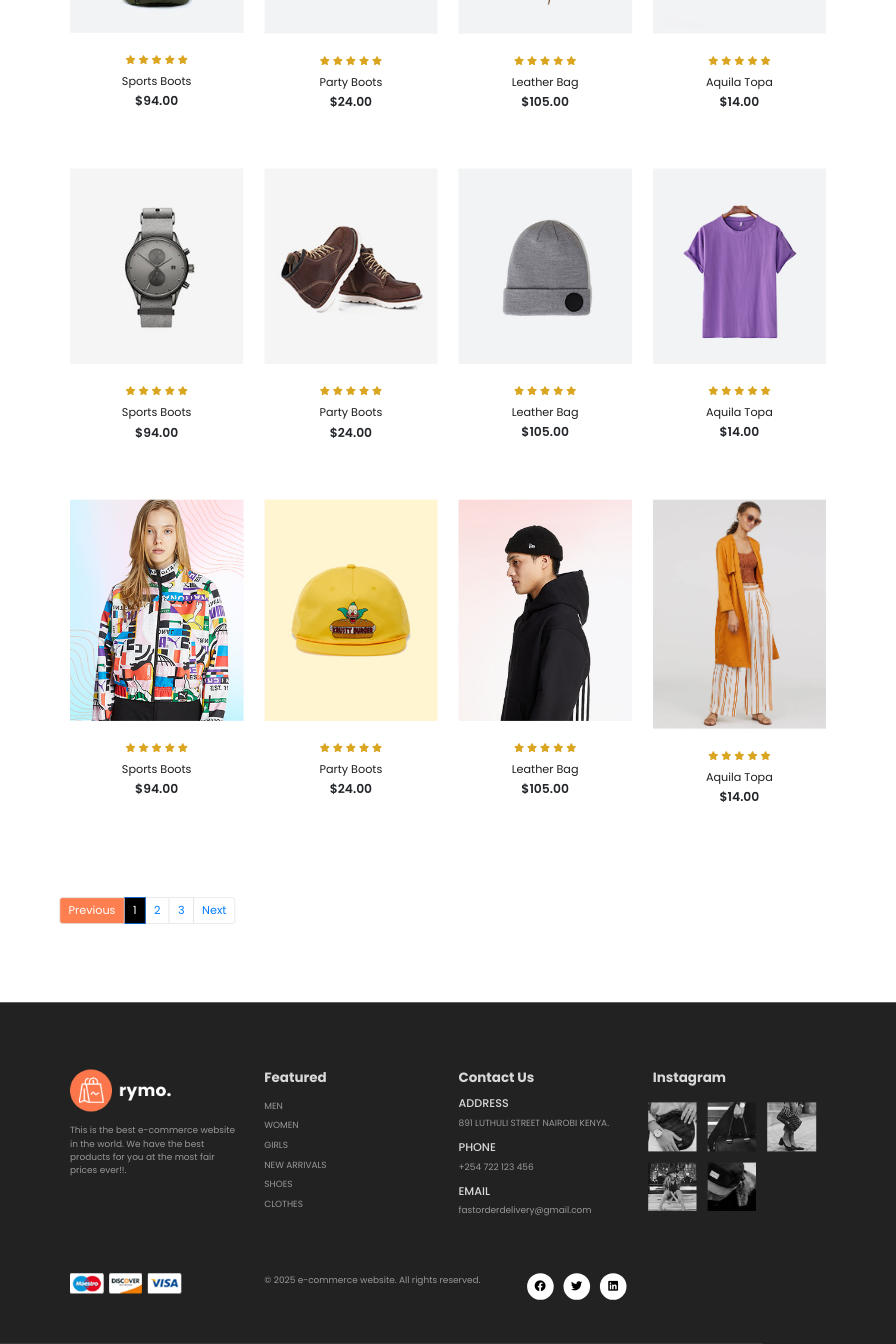
Repository: peter417waweru/e-commerce-UI
Page: shop.html
An editor plug-in stored every save of this project. The page is shown before and after the next save, followed by the edit.
The browser window is 1280 px wide. The pictures show the part of the page from y = 1517 to 3437 px (the page is 3437 px tall), at 70% of full size.
The pointer rests on the first visible `.pagination .page-item .page-link`.
Some web libraries are served in a nearby version.

Above is the page before, as saved 2025-02-08 14:24:48.

After the next save:
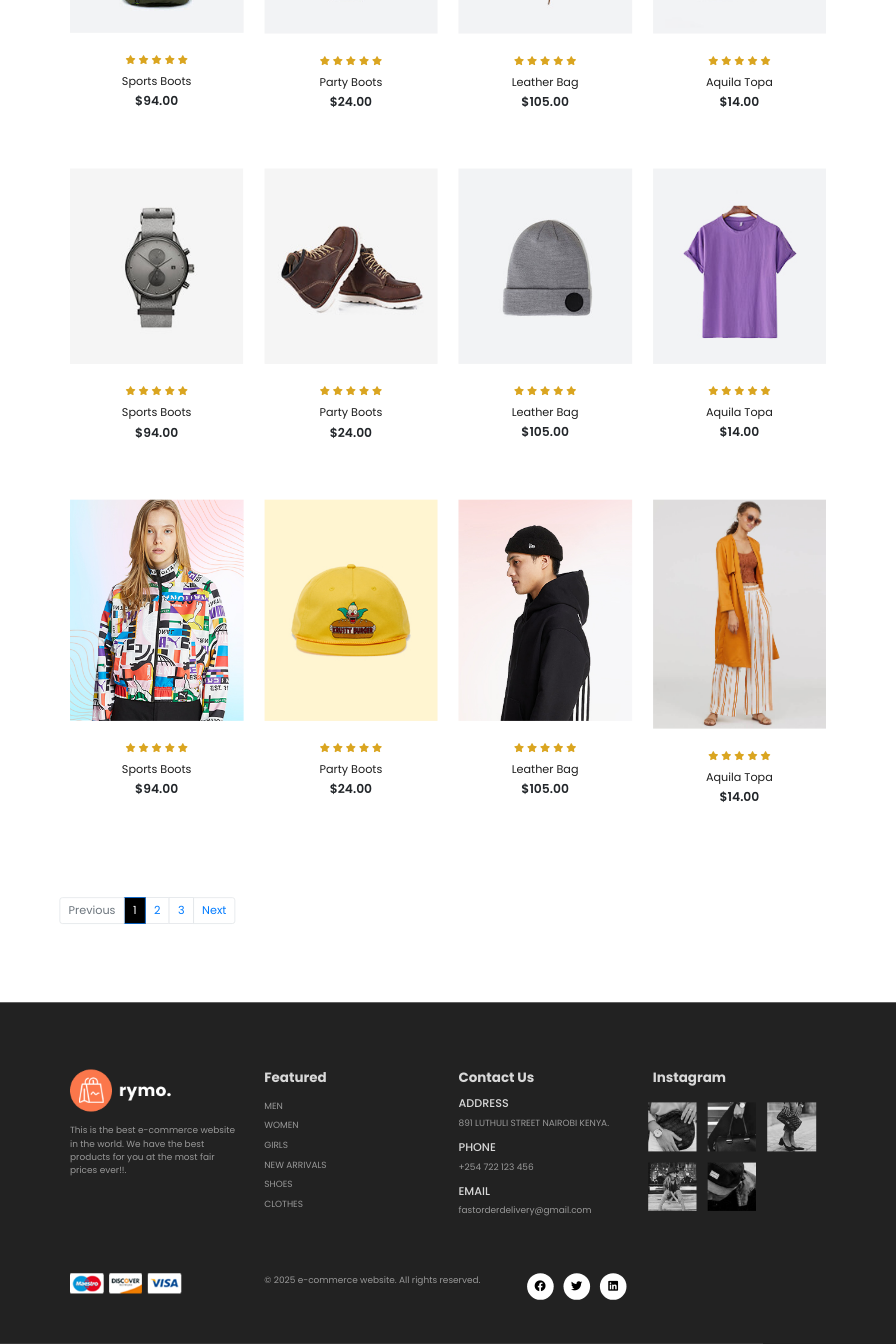
Saved 3 min 46 s later.
--- a/shop.css
+++ b/shop.css
@@ -12,8 +12,3 @@
     background-color: coral;
     color: #fff;
 }
-
-.pagination .page-item .page-link:hover{
-    background-color: coral;
-    color: #fff;
-}
